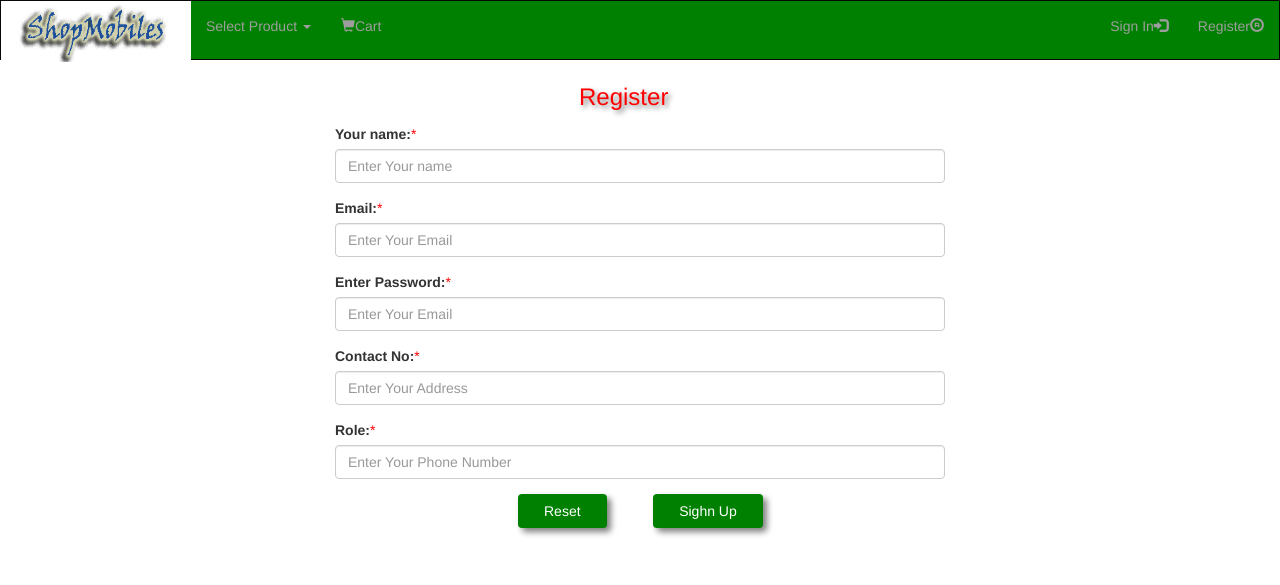
Repository: KoustabhBiswas/Final-Ecommerce-Project
Page: http://localhost/ecommerce1/WEB-INF/views/register.jsp
An editor plug-in stored every save of this project. The page is shown before and after the next save, followed by the edit.
The browser window is 1280 px wide. The pictures show the whole page.
Some web libraries are served in a nearby version. The page is served by Tomcat 9. Nobody is signed in. The template is opened directly, without the code that normally fills it, so the values that code supplies are empty.

Above is the page before, as saved 2017-09-17 12:19:03.

After the next save:
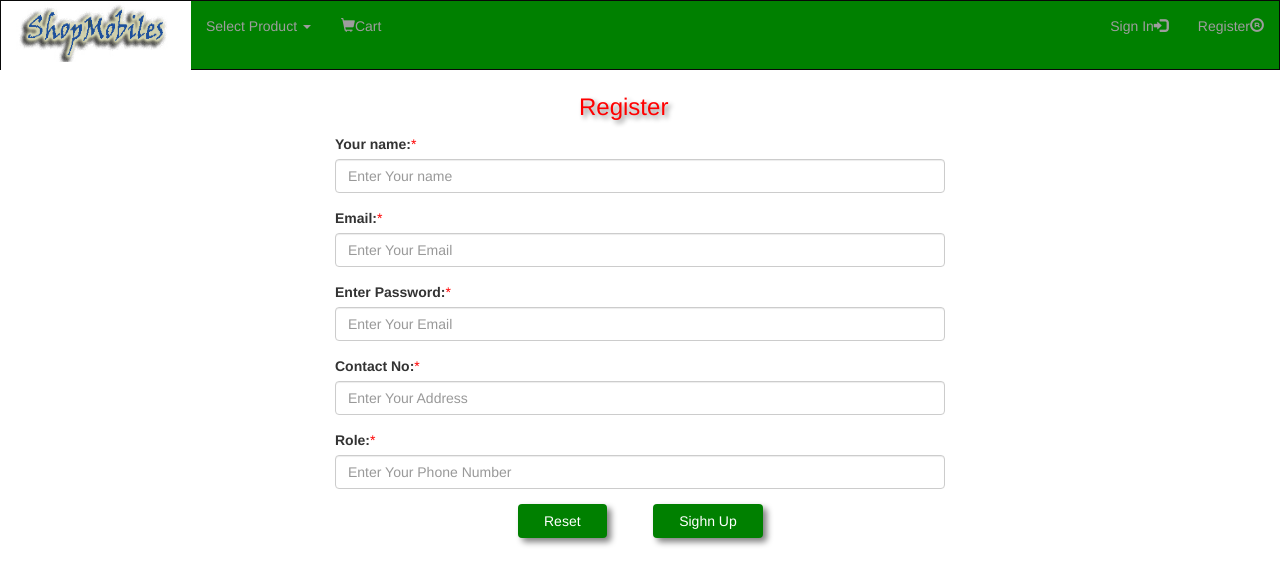
Saved 10 s later.
--- a/Final Ecommerce Project/Ecommerce_Project-master/project/ecommerce1/src/main/webapp/WEB-INF/views/shared/navbar.jsp
+++ b/Final Ecommerce Project/Ecommerce_Project-master/project/ecommerce1/src/main/webapp/WEB-INF/views/shared/navbar.jsp
@@ -12,7 +12,7 @@ nav {
 
 <div class="row" style="border-bottom-style: none;">
 	<nav class="navbar navbar-inverse"
-		style="background-color: green; border-radius: 0px; color: white; height:60px">
+		style="background-color: green; border-radius: 0px; color: white; height:70px">
 		<div class="container-fluid">
 			<div class="navbar-header" >
 				<a class="navbar-brand" href="home" style="background-color:white; height:69px"><img
